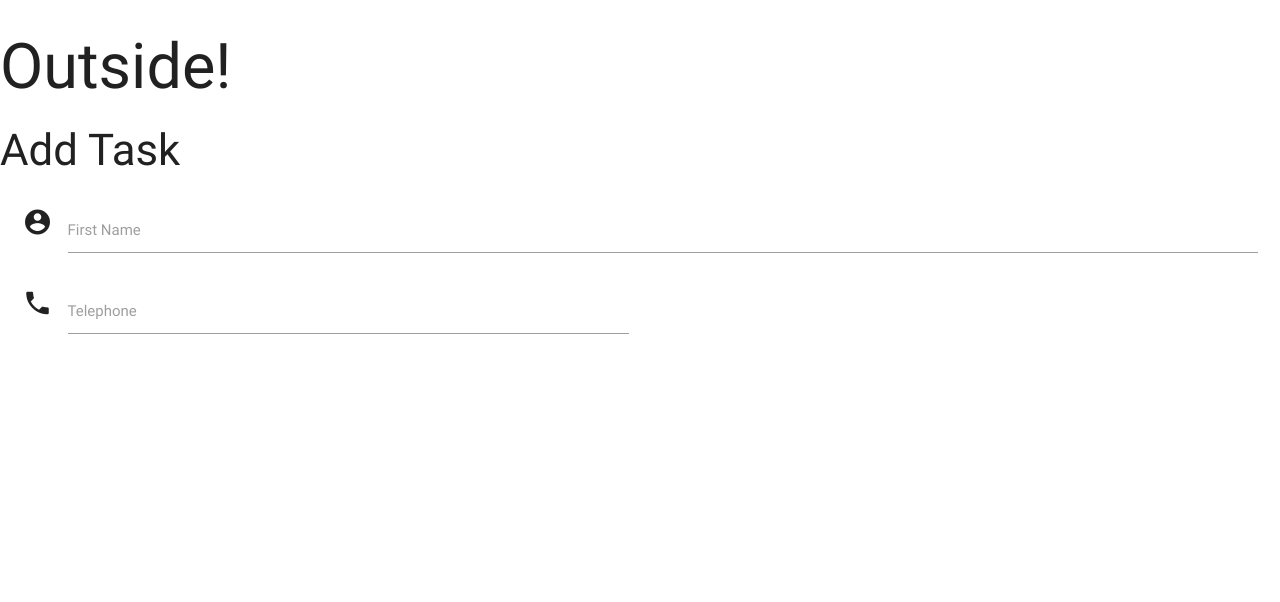
Repository: MelBiggs/task_manager
Page: http://localhost/add_task
The author's editor kept a record of every edit. The page is drawn from the files as they stood at one moment, then again after the next edit.
The browser window is 1280 px wide. The pictures show the whole page.
The page is served by the project's application, run on Flask 3 (app.py). Queries for data that is not in the repository find no rows.

Above is the page before.

After the next edit:
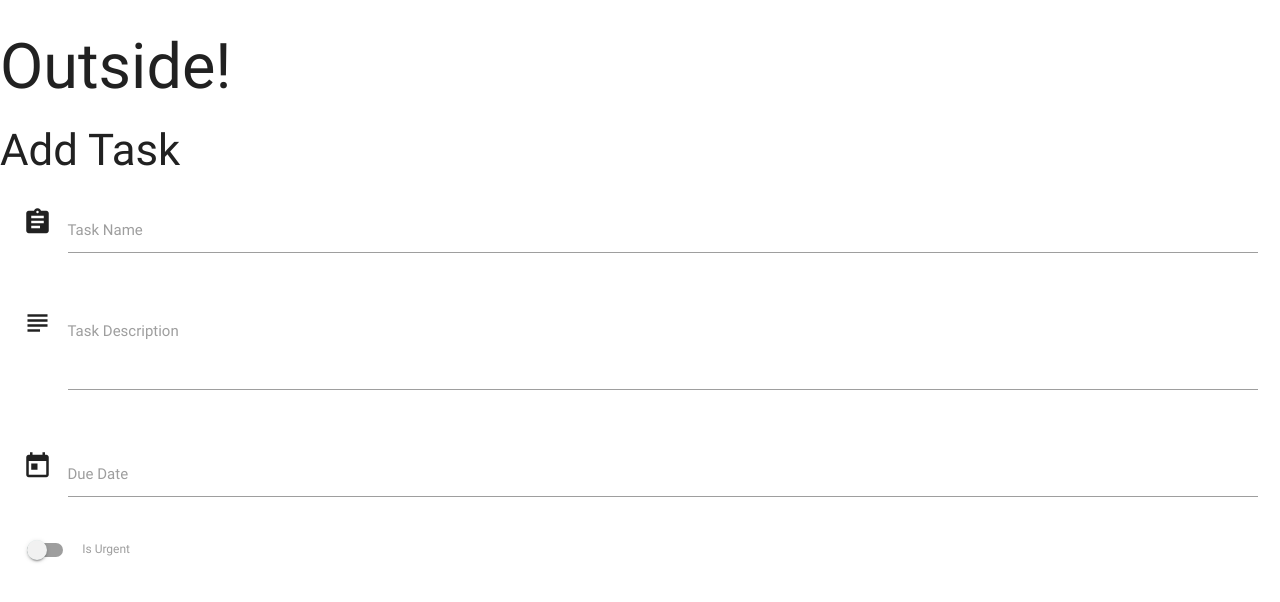
The edit:
--- a/templates/addtask.html
+++ b/templates/addtask.html
@@ -4,16 +4,35 @@
     <form action="" method="POST" class="col s12">
         <div class="row">
             <div class="input-field col s12">
-                <i class="material-icons prefix">account_circle</i>
-                <input id="icon_prefix" type="text" class="validate">
-                <label for="icon_prefix">First Name</label>
+                <i class="material-icons prefix">assignment</i>
+                <input id="task_name" name="task_name" type="text">
+                <label for="icon_prefix">Task Name</label>
             </div>
-            <div class="input-field col s6">
-                <i class="material-icons prefix">phone</i>
-                <input id="icon_telephone" type="tel" class="validate">
-                <label for="icon_telephone">Telephone</label>
+        </div>
+        <div class="row">
+            <div class="input-field col s12">
+                <i class="material-icons prefix">subject</i>
+                <textarea name="task_description" id="task_description" class="materialize-textarea"></textarea>
+                <label for="icon_telephone">Task Description</label>
+            </div>
+        </div>
+        <div class="row">
+            <div class="input-field col s12">
+                <i class="material-icons prefix">today</i>
+                <input id="due_date" name="due_date" type="text" class="datepicker">
+                <label for="icon_prefix">Due Date</label>
+            </div>
+        </div>
+        <div class="row">
+            <div class="switch">
+                <label>
+                  <input id="is_urgent" name="is_urgent" type="checkbox">
+                  <span class="lever"></span>
+                  Is Urgent
+                </label>
             </div>
         </div>
     </form>
 </div>
+
 {% endblock %}
